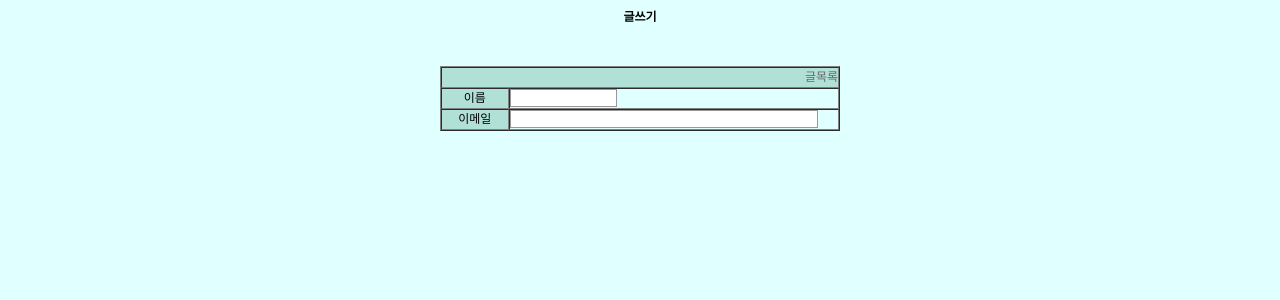
Repository: noopzzya/study_jsp_globalin
Page: http://localhost/ServletProject/boardone/writeform.jsp
The author's editor kept a copy of each file at every save. The page is drawn from the files as they stood at one save, then again after the next save.
The browser window is 1280 px wide. The pictures show the whole page.
The page is served by Tomcat 9. Other server files are loaded and not shown.

Above is the page before, as saved 2023-02-08 01:15:52.

### ServletProject/src/main/webapp/boardone/writeform.jsp
<%@ page language="java" contentType="text/html; charset=UTF-8"
    pageEncoding="UTF-8"%>
<%@ include file = "view/color.jsp" %>

<!DOCTYPE html>
<html>
<head>
<meta charset="UTF-8">
<title>My Board</title>
<link href="style.css" rel="stylesheet" type="text/css">
</head>
<body bgcolor="<%=bodyback_c%>">

<div align="center"><b>글쓰기</b></div><br><br>

<form action="writeProc.jsp" method="post" name="writeForm" onsubmit="return writeSave()">

<table width="400" border="1" cellpadding="0" cellspacing="0" align="center" bgcolor="<%=bodyback_c%>">
	<tr>
		<td align="right" colspan="2" bgcolor="<%=value_c%>">
			<a href="list.jsp">글목록</a>
		</td>
	</tr>

	<tr>
		<td width="70" bgcolor="<%=value_c%>" align="center">이름</td>
		<td width="330">
			<input type="text" size="12" maxlength="12" name="wirter">
		</td>
	</tr>

	<tr>
		<td width="70" bgcolor="<%=value_c%>" align="center">이메일</td>
		<td width="330">
			<input type="text" size="45" maxlength="12" name="email">
		</td>
	</tr>

</table>

</form>

</body>
</html>

### ServletProject/src/main/webapp/boardone/view/color.jsp
<%@ page language="java" contentType="text/html; charset=UTF-8"
    pageEncoding="UTF-8"%>

<%
	String bodyback_c = "#e0ffff";
	String back_c = "#8fbc8f";
	String title_c = "#5f9ea0";
	String value_c = "#b0e0d6";
	String bar = "#778899";
%>

### ServletProject/src/main/webapp/boardone/style.css
@charset "UTF-8";
body {
	font-size: 9pt;
	color: black;
	line-height: 160%;
	font-family: 굴림, verdana, tahoma;
}

td {
	font-size: 9pt;
	color: black;
	line-height: 160%;
	font-family: 굴림, verdana, tahoma;
}

select {
	font-size: 9pt;
	color: black;
	line-height: 160%;
	font-family: 굴림, verdana, tahoma;
}

div {
	font-size: 9pt;
	color: black;
	line-height: 160%;
	font-family: 굴림, verdana, tahoma;
}

form {
	font-size: 9pt;
	color: black;
	line-height: 160%;
	font-family: 굴림, verdana, tahoma;
}

textarea {
	border-right: 1px solid #999999;
	border-top: 1px solid #999999;
	border-left: 1px solid #999999;
	border-bottom: 1px solid #999999;
	font-size: 9pt;
	color: black;
	font-family: 굴림, verdana, tahoma;
	background-color: white;
}

input {
	border-right: 1px solid #999999;
	border-top: 1px solid #999999;
	border-left: 1px solid #999999;
	border-bottom: 1px solid #999999;
	font-size: 9pt;
	color: black;
	font-family: 굴림, verdana, tahoma;
	background-color: white;
}

a:link {
	text-decoration: none;
	color: #696969;
}

a:hover {
	text-decoration: yes;
	color: #66ccff;
}

a:visited {
	text-decoration: none;
	color: #330066;
}

After the next save:
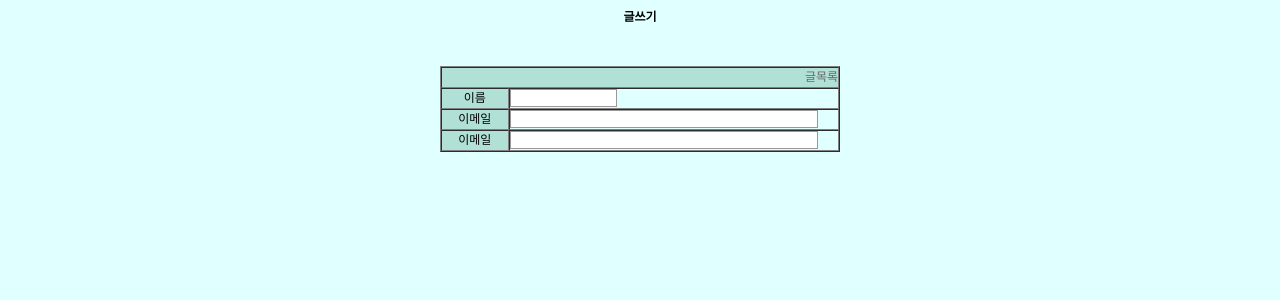
Saved 39 s later.
--- a/ServletProject/src/main/webapp/boardone/writeform.jsp
+++ b/ServletProject/src/main/webapp/boardone/writeform.jsp
@@ -36,6 +36,13 @@
 		</td>
 	</tr>
 
+	<tr>
+		<td width="70" bgcolor="<%=value_c%>" align="center">이메일</td>
+		<td width="330">
+			<input type="text" size="45" maxlength="12" name="email">
+		</td>
+	</tr>
+
 </table>
 
 </form>
